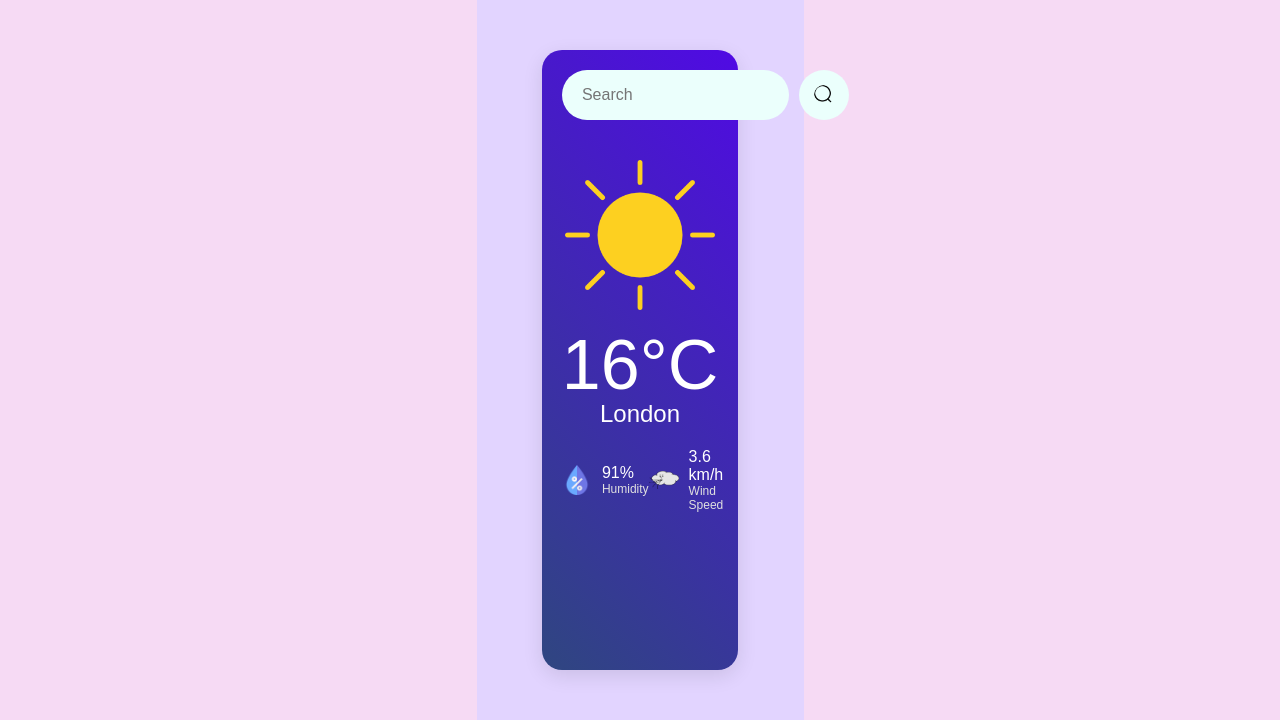
Repository: wakoya-tech/wheather-app
Page: /
An editor plug-in stored every save of this project. The page is shown before and after the next save, followed by the edit.
The browser window is 1280 px wide. The pictures show the whole page.
The project was rebuilt for these pictures with package versions that can differ from the ones it lists, and the page was loaded fresh each time. Also part of the build but not shown: vite.config.js, src/App.css.

Above is the page before, as saved 2025-10-18 22:08:51.

After the next save:
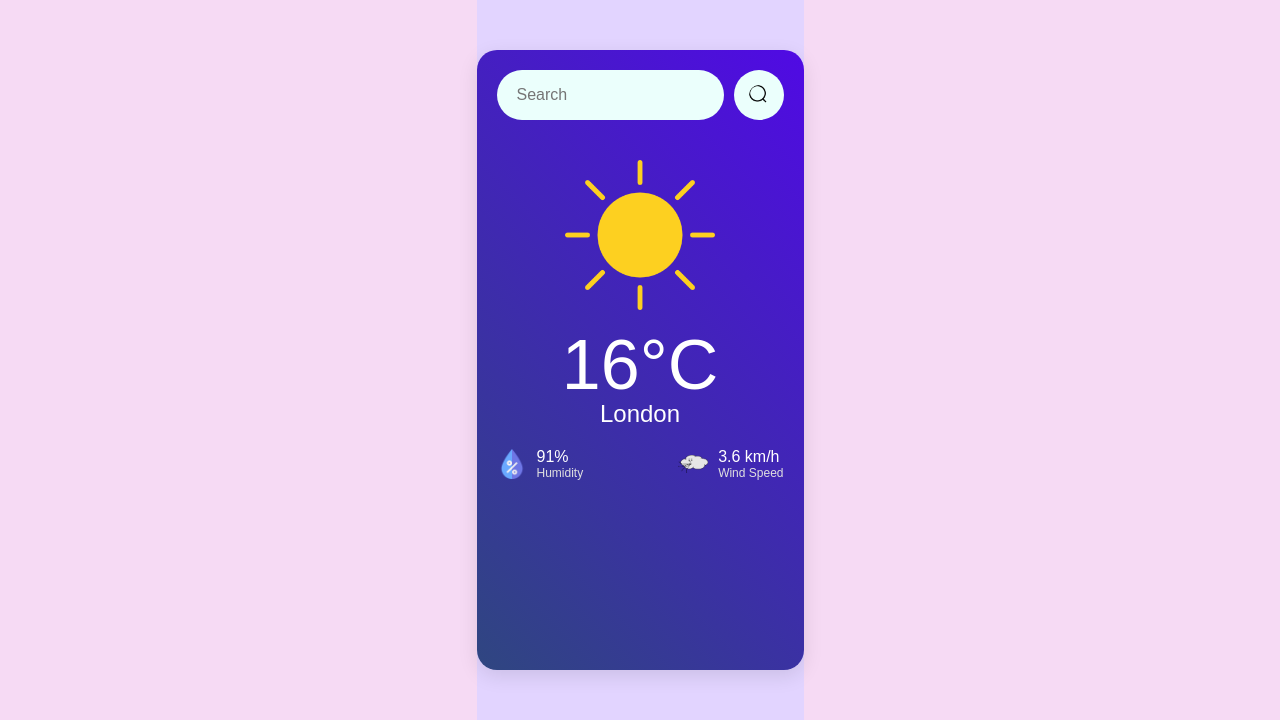
Saved 9 s later.
--- a/src/Components/Weather.css
+++ b/src/Components/Weather.css
@@ -11,7 +11,7 @@ body {
 
   /* Weather container */
   .weather {
-    width: 60%;
+    width: 100%;
     max-width: 350px;
     margin: 50px auto;
     padding: 20px;
